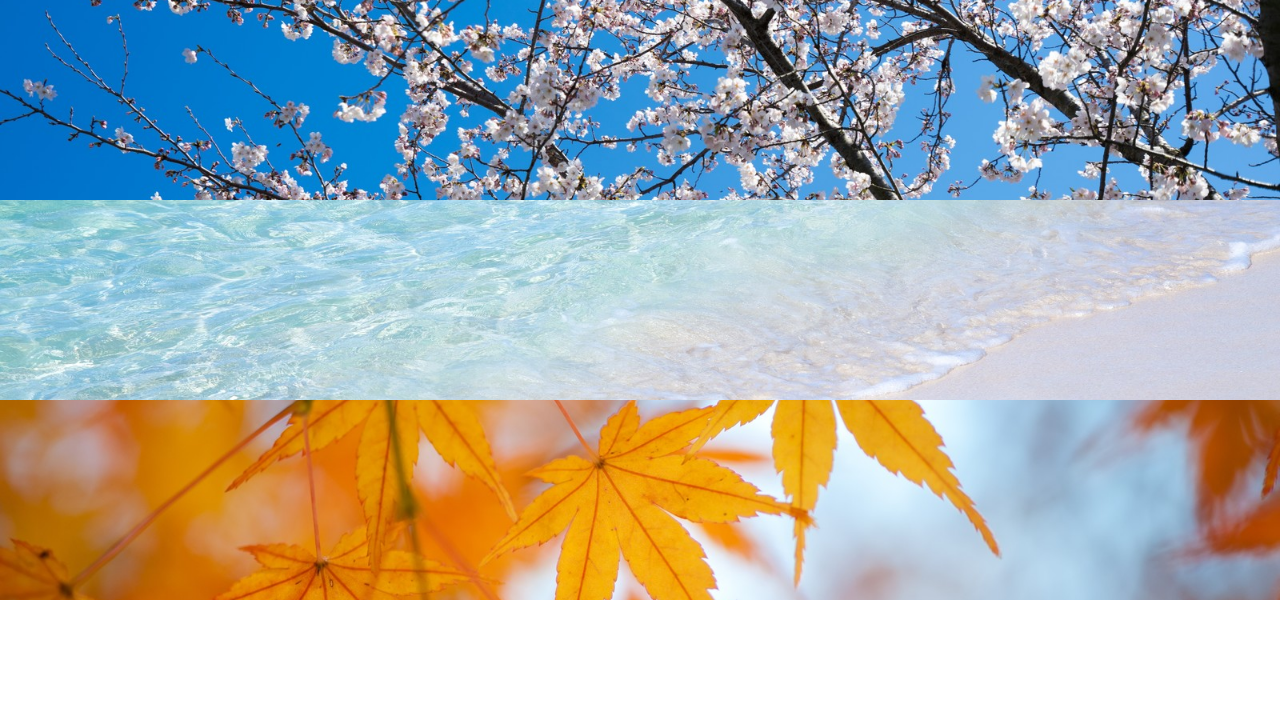
Repository: shizuki-okuma/dmm-webcamp
Page: chapter6_exercise/chapter6_exercise.html
The author's editor kept a record of every edit. The page is drawn from the files as they stood at one moment, then again after the next edit.
The browser window is 1280 px wide. The pictures show the whole page.

Above is the page before.

After the next edit:
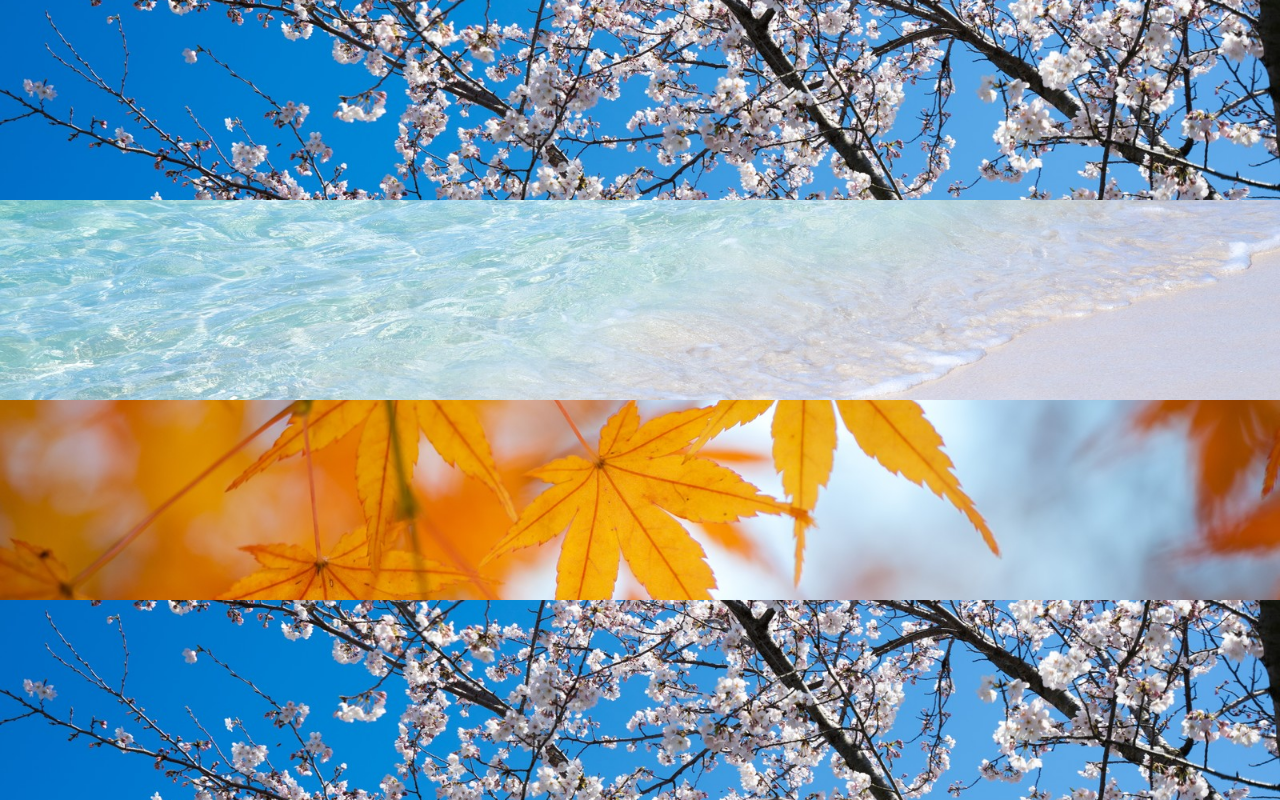
The edit:
--- a/chapter6_exercise/style6.css
+++ b/chapter6_exercise/style6.css
@@ -26,7 +26,7 @@
   background-image: url(img/box3.jpg);
   background-position: center;
   background-size: cover;
-}.box1 {
+}.box4 {
   width: 100%;
   height: 200px;
   background-image: url(img/box1.jpg);
